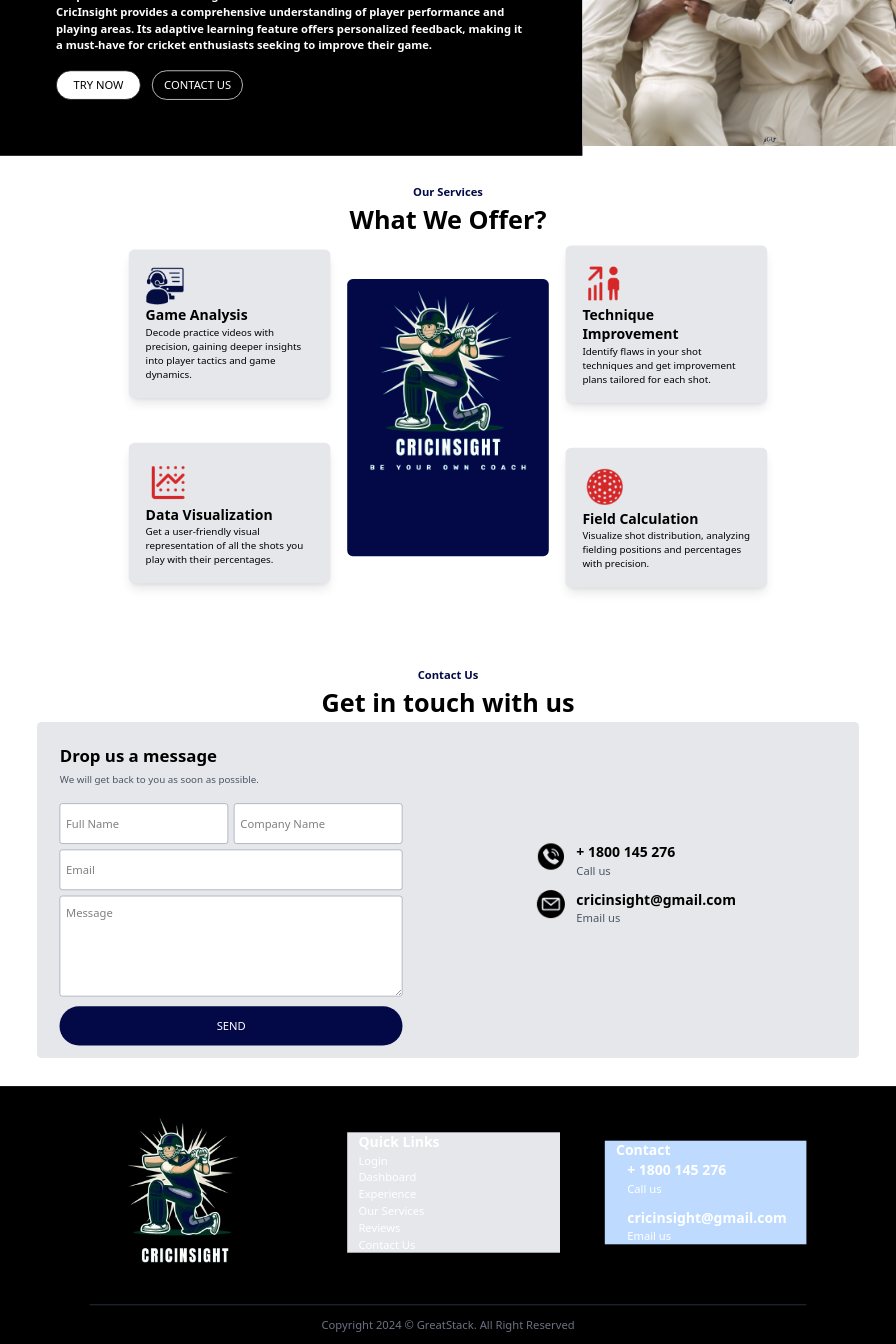
Repository: ahsanfawadaf/cricket
Page: /
These files come from the project's save history. The page is drawn as it stood at one moment and after the next save; the edit follows.
The browser window is 1280 px wide. The pictures show the part of the page from y = 2072 to 3992 px (the page is 3992 px tall before and 3976 px after), at 70% of full size.
The project was rebuilt for these pictures with package versions that can differ from the ones it lists, and the page was loaded fresh each time. Also part of the build but not shown: vite.config.js.

Above is the page before, as saved 2025-09-21 15:18:53.

After the next save:
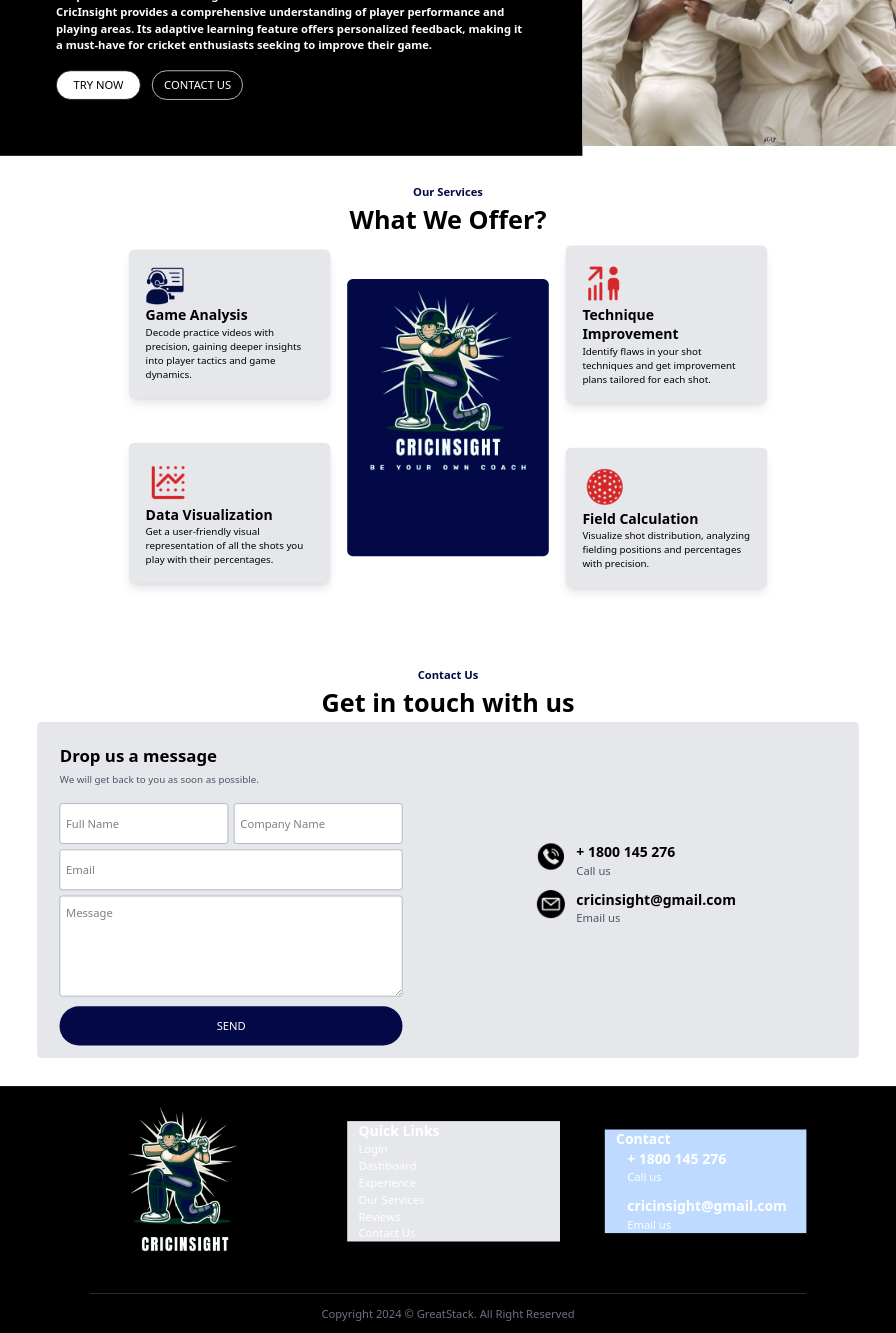
Saved 12 s later.
--- a/src/components/Footer.jsx
+++ b/src/components/Footer.jsx
@@ -6,7 +6,7 @@
   return (
     <div className='bg-black pt-4 px-4 md:px-20 lg:px-32 w-full overflow-hidden '>
 
-        <div className=' container flex flex-col md:flex-row gap-16 items-center justify-between mx-auto  pt-4 '>
+        <div className=' container flex flex-col md:flex-row gap-16 items-center justify-between mx-auto   '>
                 <div className='flex-1  px-4 '>
 
                        <img src={footerlogo} className='h-60' alt="" />
